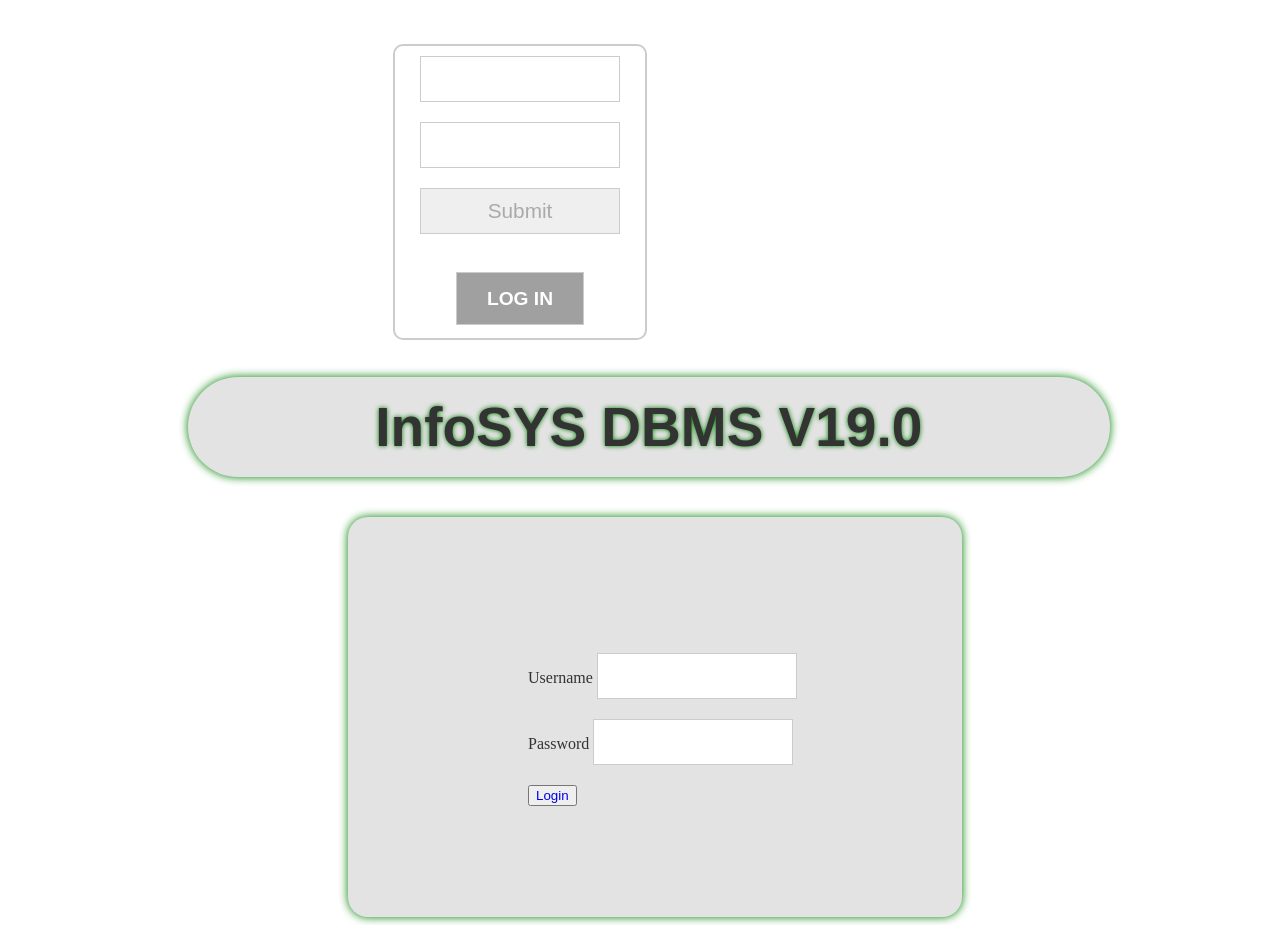
Repository: zlenyk/wrzucak
Page: Shop/WebContent/index.html
The author's editor kept a copy of each file at every save. The page is drawn from the files as they stood at one save, then again after the next save.
The browser window is 1280 px wide. The pictures show the whole page.

Above is the page before, as saved 2013-09-20 09:33:05.

### Shop/WebContent/index.html
<html>
<head>
<style type="text/css">

body
{
background-color: #fff;
color: #333;
font-family: Arial, Helvetica, sans-serif;
}

div.loginblock
{
text-align:center;
margin:0 auto;
padding:10px;
width:230px;
border-style:solid;
border-width:2px;
border-color:#ccc;
border-radius:10px;
}

.loginblock a:link
{
background-color:#a0a0a0;
text-decoration:none;
border:solid, 1px, #ccc;
padding:15px 30px;
margin:0 0 20px;
font-family:Arial, sans-serif;
font-size:1.2em;
text-transform:uppercase;
font-weight:bold;
color:#fff;
cursor:pointer;
}

.loginblock a:hover
{
background-color:#0b75b2;
text-decoration:none;
border:solid, 1px, #ccc;
padding:15px 30px;
margin:0 0 20px;
font-family:Arial, sans-serif;
font-size:1.2em;
text-transform:uppercase;
font-weight:bold;
color:#fff;
cursor:pointer;

}

input {
margin-bottom:0px;
border:0;
padding:10px;
font-size:1.3em;
font-family:Arial, sans-serif;
color:#aaa;
border:solid 1px #ccc;
margin:0 0 20px;
width:200px;
}

input.submit
{
border:solid 1px #ccc;
padding:15px 30px;
margin:0 0 20px;
font-family:Arial, sans-serif;
font-size:1.2em;
text-transform:uppercase;
font-weight:bold;
color:#333;
cursor:pointer;
}

</style>
</head>
<body>

<br />
<br />
<div class="loginblock">
<form method="POST" action="http://localhost:8080/Shop/Login">
<input type="text" name="login" /><br>
<input type="password" name="password" /><br>
<input type="hidden" name ="action" value = "login" />
<input type="submit">
</form>
<br />
<a href="#">Log In</a>
<br />
<br />
</div>

</body>
</html>




<!doctype html>
<html>
    <head>
        <title>InfoSYS DBMS V19.0</title>
        <met charset="utf-8">
            <style type="text/css">
/*Learn Blogging Tips,Tutorial and Online MOney making Tips,
     visit http://www.bloggingtemple.com*/

body
    {
        width: 80%;
        background: #GGG;
    }
.header
{
    margin-left:180px;
    width: 90%;
    height: 100px;
    text-align: center;
    line-height:100px; ;
    border-radius: 100px;
    background: #e3e3e3;
    box-shadow: 0px 0px 10px green;
}

.header h1
{
    font-size: 55px;
    text-shadow: 0px 0px 5px green;
}

.login
{
    width: 60%;
    height: 400px;
    background: #e3e3e3;
    margin-top: 20px;
    margin-left: 340px;
    border-radius: 20px;
    box-shadow: 0px 0px 10px green;
    font-family: serif;
    /*line-height: 400px;*/
}

.c1{

    margin-left: 180px;
    margin-top: 40px;
}
button{
    margin-right: 310px;
}

a{
    text-decoration: none;
}

</style>
<!-- This Page is created by Sarfaraj Alam
  Visit my Blog :- http://www.whatilearn.info -->
    </head>

    <body>
        <div class="header">
            <h1>InfoSYS DBMS V19.0</h1>
        </div>

        <div class="login">
          <div class="c1">
            <p>&nbsp;</p>
            <p>&nbsp;</p>
            <p>&nbsp;</p>
            <p>&nbsp;</p>
            <form method="POST" action="http://localhost:8080/Shop/Login">
    Username <input><br>
    Password <input type="password"><br><button style="position:left"><a href="index.html">Login</a></button>
            </div>

            </form>
        </div>
    </body>
</html>

After the next save:
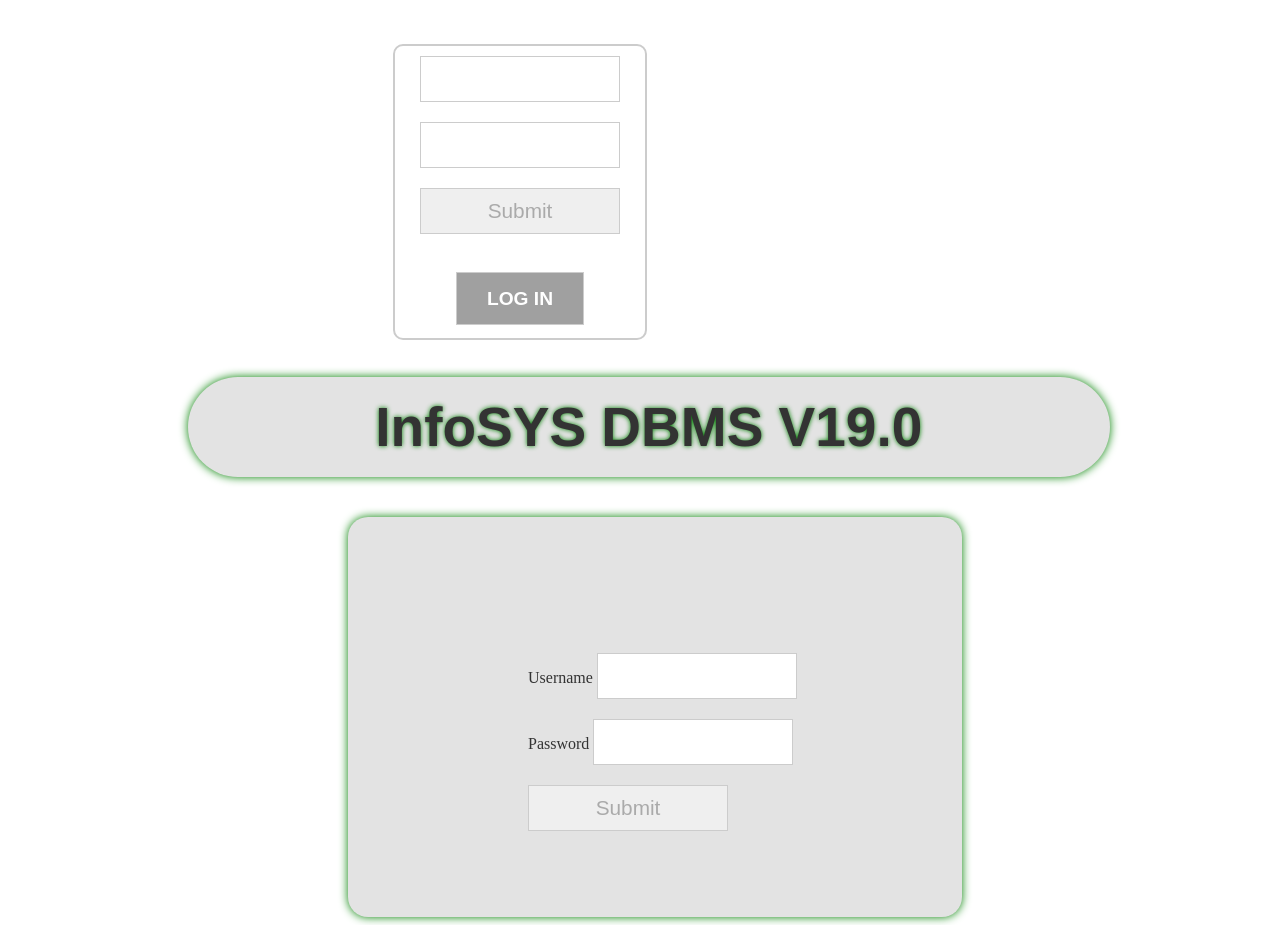
Saved 112 s later.
--- a/Shop/WebContent/index.html
+++ b/Shop/WebContent/index.html
@@ -177,8 +177,9 @@ a{
             <p>&nbsp;</p>
             <p>&nbsp;</p>
             <form method="POST" action="http://localhost:8080/Shop/Login">
-    Username <input><br>
-    Password <input type="password"><br><button style="position:left"><a href="index.html">Login</a></button>
+    			Username <input type="text" name="login" /><br>
+    			Password <input type="password" name="password" /><br><input type = "submit" style="position:left">
+    			<input type="hidden" name ="action" value = "login" />
             </div>
 
             </form>
